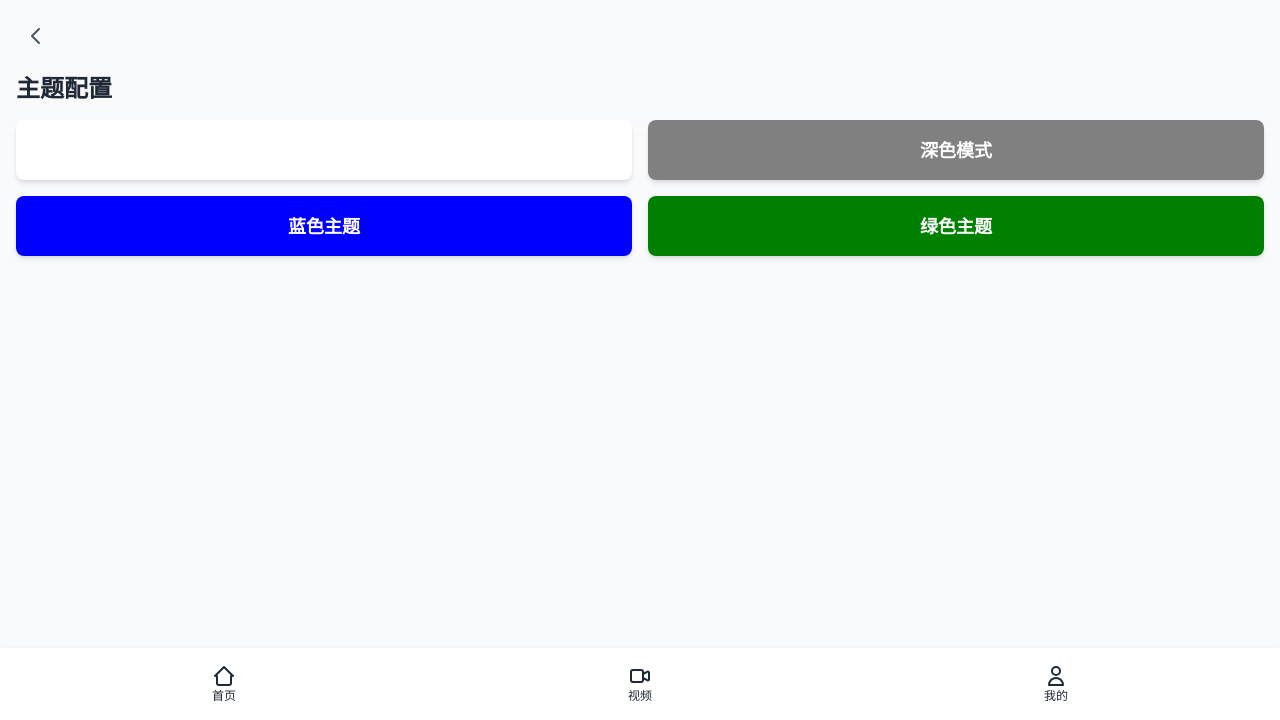
Repository: Look625/simpleNewsForAIRace
Page: /profile/theme-config
The author's editor kept a copy of each file at every save. The page is drawn from the files as they stood at one save, then again after the next save.
The browser window is 1280 px wide. The pictures show the whole page.
The project was rebuilt for these pictures with package versions that can differ from the ones it lists, and the page was loaded fresh each time. Also part of the build but not shown: vite.config.ts.

Above is the page before, as saved 2025-02-26 10:34:03.

After the next save:
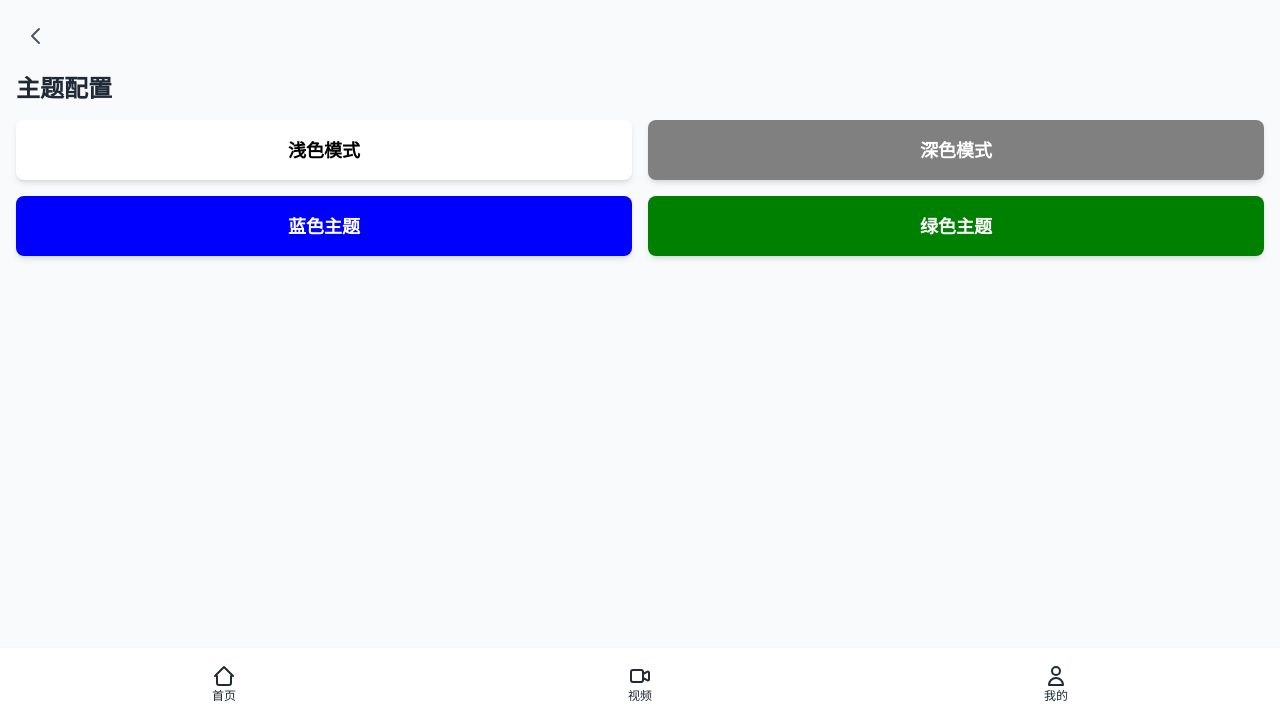
Saved 42 s later.
--- a/src/views/ThemeConfig.vue
+++ b/src/views/ThemeConfig.vue
@@ -10,10 +10,10 @@
     <h1 class="text-2xl font-bold mb-4 text-gray-800">主题配置</h1>
     <div class="grid grid-cols-2 gap-4">
       <button
-        v-for="theme in themes"
+        v-for="(theme,index) in themes"
         :key="theme.value"
         class="p-4 rounded-lg shadow-md transition-transform transform hover:scale-105"
-        :style="{ background: theme.bgColor, color: 'white' }"
+        :style="{ background: theme.bgColor, color:index === 0 ? 'text-gray-800' : 'white' }"
         @click="applyTheme(theme.value)"
       >
         <h2 class="text-lg font-semibold">{{ theme.label }}</h2>
